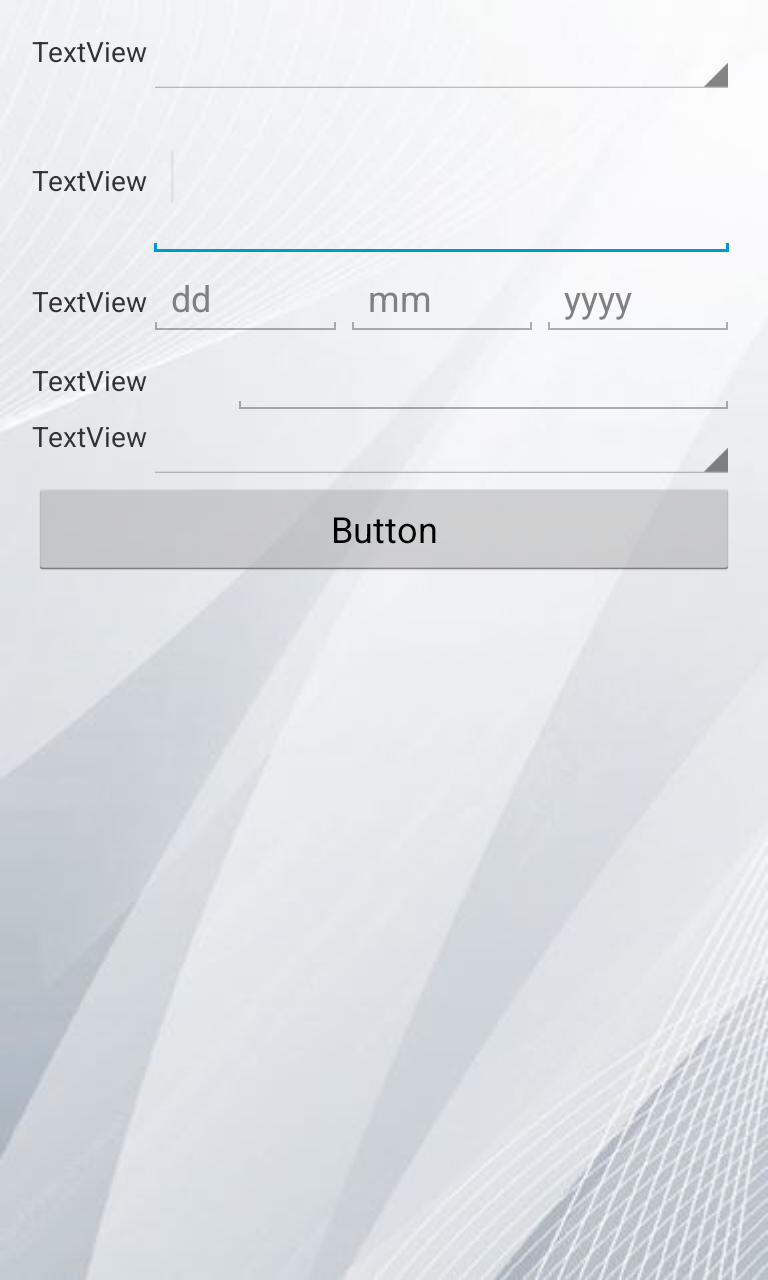
Repository: eorodrig/eorodrigTravelLogger
Layout: TravelLogger/res/layout/activity_new_expense.xml
An editor plug-in stored every save of this project. The layout is shown before and after the next save, followed by the edit.
It is drawn on a 768 x 1280 px phone screen (xhdpi) without system bars, with theme AppTheme; the app's code is not run.

Above is the layout before, as saved 2015-01-19 04:57:51.

### TravelLogger/res/layout/activity_new_expense.xml
<RelativeLayout xmlns:android="http://schemas.android.com/apk/res/android"
    xmlns:tools="http://schemas.android.com/tools"
    android:layout_width="match_parent"
    android:layout_height="match_parent"
    android:paddingBottom="@dimen/activity_vertical_margin"
    android:paddingLeft="@dimen/activity_horizontal_margin"
    android:paddingRight="@dimen/activity_horizontal_margin"
    android:paddingTop="@dimen/activity_vertical_margin"
    android:background="@drawable/bg"
    tools:context="com.example.travellogger.NewExpenseActivity" >

    <LinearLayout
        android:layout_width="match_parent"
        android:layout_height="wrap_content"
        android:orientation="vertical" >

        <LinearLayout
            android:layout_width="match_parent"
            android:layout_height="wrap_content" >

            <TextView
                android:id="@+id/textView1"
                android:layout_width="wrap_content"
                android:layout_height="wrap_content"
                android:text="TextView" />

            <Spinner
                android:id="@+id/spinner1"
                android:layout_width="wrap_content"
                android:layout_height="wrap_content"
                android:layout_weight="1" />

        </LinearLayout>

        <LinearLayout
            android:layout_width="match_parent"
            android:layout_height="wrap_content" >

            <TextView
                android:id="@+id/textView2"
                android:layout_width="wrap_content"
                android:layout_height="wrap_content"
                android:text="TextView" />

            <EditText
                android:id="@+id/editText1"
                android:layout_width="wrap_content"
                android:layout_height="wrap_content"
                android:layout_weight="1"
                android:ems="10"
                android:inputType="textMultiLine"
                android:lines="3" >

                <requestFocus />
            </EditText>

        </LinearLayout>

        <LinearLayout
            android:layout_width="match_parent"
            android:layout_height="wrap_content" >

            <TextView
                android:id="@+id/textView3"
                android:layout_width="wrap_content"
                android:layout_height="wrap_content"
                android:text="TextView" />

            <EditText
                android:id="@+id/editText2"
                android:layout_width="wrap_content"
                android:layout_height="wrap_content"
                android:layout_weight="1"
                android:ems="10"
                android:hint="dd"
                android:inputType="number" />

            <EditText
                android:id="@+id/editText3"
                android:layout_width="wrap_content"
                android:layout_height="wrap_content"
                android:layout_weight="1"
                android:ems="10"
                android:hint="mm"
                android:inputType="number" />

            <EditText
                android:id="@+id/editText4"
                android:layout_width="wrap_content"
                android:layout_height="wrap_content"
                android:layout_weight="1"
                android:ems="10"
                android:hint="yyyy"
                android:inputType="number" />

        </LinearLayout>

        <LinearLayout
            android:layout_width="match_parent"
            android:layout_height="wrap_content" >

            <TextView
                android:id="@+id/textView4"
                android:layout_width="wrap_content"
                android:layout_height="wrap_content"
                android:layout_weight="1"
                android:text="TextView" />

            <EditText
                android:id="@+id/editText5"
                android:layout_width="wrap_content"
                android:layout_height="wrap_content"
                android:layout_weight="1"
                android:ems="10"
                android:inputType="numberDecimal" />

        </LinearLayout>

        <LinearLayout
            android:layout_width="match_parent"
            android:layout_height="wrap_content" >

            <TextView
                android:id="@+id/textView5"
                android:layout_width="wrap_content"
                android:layout_height="wrap_content"
                android:text="TextView" />

            <Spinner
                android:id="@+id/spinner2"
                android:layout_width="wrap_content"
                android:layout_height="wrap_content"
                android:layout_weight="1" />

        </LinearLayout>

        <LinearLayout
            android:layout_width="match_parent"
            android:layout_height="wrap_content" >

            <Button
                android:id="@+id/AddExpenseButton"
                android:layout_width="match_parent"
                android:layout_height="wrap_content"
                android:text="Button" />

        </LinearLayout>

    </LinearLayout>

</RelativeLayout>

### TravelLogger/res/values/strings.xml
<?xml version="1.0" encoding="utf-8"?>
<resources>

    <string name="app_name">Expense Logger</string>
    <string name="title_activity_claim_list">Claim List</string>
    <string name="title_activity_expense_list">Expense List</string>
    <string name="title_activity_new_claim">Add New Claim</string>
    <string name="claim_name">Claim Name:</string>
    <string name="claim_description">Description:</string>
    <string name="from_date">From:</string>
    <string name="to_date">To:</string>
    <string name="currency_type">Currency:</string>
    <string name="add_claim_button">Add Claim</string>
    <string name="new_expense_button">New Expense</string>

    <string-array name="selected_item_list">
        <item>View</item>
        <item>Edit</item>
        <item>Delete</item>
    </string-array>

        <string-array name="selected_expese_list">
        <item>Edit</item>
        <item>Delete</item>
    </string-array>

    <string-array name="currency_spinner">
        <item>USD: US Dollars</item>
        <item>CAD: Canadian Dollars</item>
        <item>EUR: Euro</item>
        <item>GBP: Pounds</item>
        <item>CNY: Chinese Yen</item>
        <item>RUB: Rubble</item>
    </string-array>

    <string name="hello_world">Hello world!</string>
    <string name="action_settings">Settings</string>
    <string name="title_activity_new_expense">Expense</string>

</resources>

Loaded but not shown: TravelLogger/res/values/styles.xml (common file); TravelLogger/res/values-v11/styles.xml (common file); TravelLogger/res/values-v14/styles.xml (common file); TravelLogger/res/values/dimens.xml (common file); TravelLogger/res/values-w820dp/dimens.xml (common file)

After the next save:
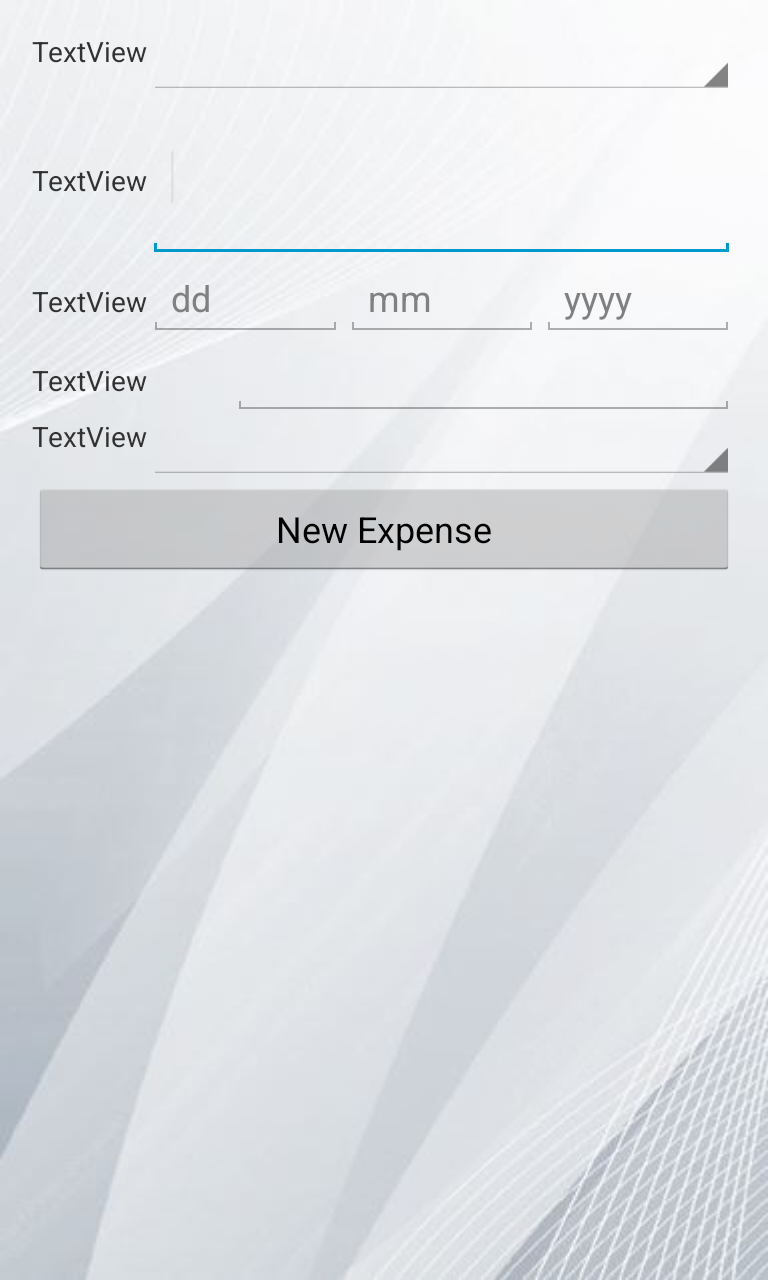
Saved 30 s later.
--- a/TravelLogger/res/layout/activity_new_expense.xml
+++ b/TravelLogger/res/layout/activity_new_expense.xml
@@ -142,7 +142,7 @@
                 android:id="@+id/AddExpenseButton"
                 android:layout_width="match_parent"
                 android:layout_height="wrap_content"
-                android:text="Button" />
+                android:text="@string/new_expense_button" />
 
         </LinearLayout>
 
